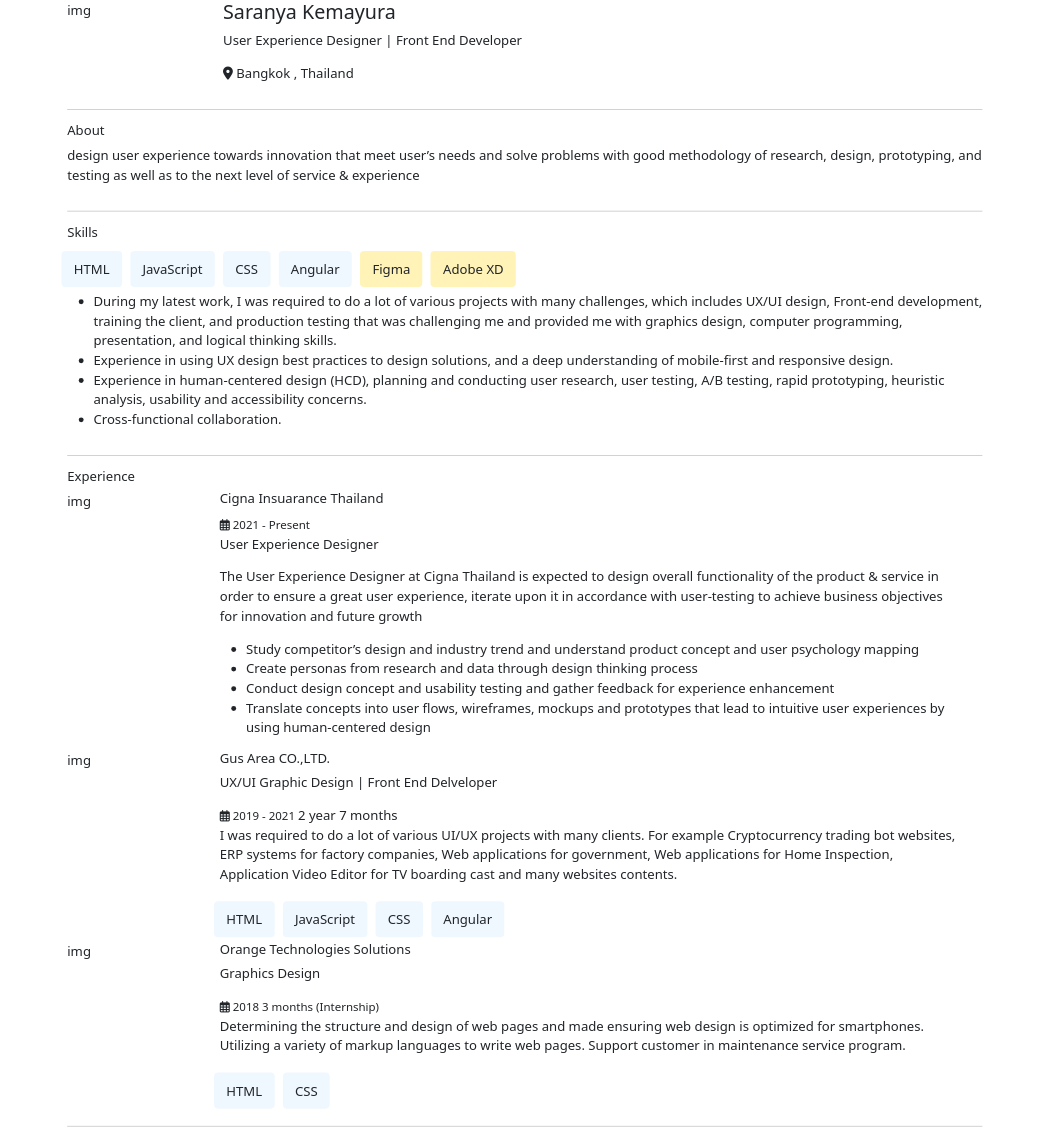
Repository: 0910th/portfolio
Page: index.html
The author's editor kept a copy of each file at every save. The page is drawn from the files as they stood at one save, then again after the next save.
The browser window is 1280 px wide. The pictures show the whole page, at 82% of full size.

Above is the page before, as saved 2022-12-12 12:35:37.

### index.html
<!doctype html>
<html lang="en">

<head>
    <meta charset="utf-8">
    <meta name="viewport" content="width=device-width, initial-scale=1">
    <title>Saranya Portfolio</title>

    <link href="./css/bootstrap.min.css" rel="stylesheet" crossorigin="anonymous">
    <link href="./css/mystyle.css" rel="stylesheet" crossorigin="anonymous">
    <!--font awesome -->
    <link rel="stylesheet" href="./fontawesome/css/all.css" type="text/css">
    <link rel="stylesheet" href="./fontawesome/css/fontawesome.css">
    <link rel="stylesheet" href="./fontawesome/css/brands.css">
    <link rel="stylesheet" href="./fontawesome/css/solid.css">
</head>

<body>

    <div class="container-md">
        <!-- Content here -->
        <!-- section01 Name  -->
        <div class="row justify-content-start">
            <div class="col-2 text-right">
                img
            </div>
            <div class="col-10">
                <h4>Saranya Kemayura</h4>
                <p>User Experience Designer | Front End Developer</p>
                <p><i class="fa-solid fa-location-dot"></i> Bangkok , Thailand </p>
            </div>

        </div>
        <hr>
        <div class="row">

            <h6>About</h6>
            <p>design user experience towards innovation that meet user’s needs and solve problems with good methodology of
                research,
                design, prototyping, and testing as well as to the next level of service & experience</p>
        </div>
        <hr>
        <div class="row">
            <h6>Skills</h6>
            <div class="badge-text code">HTML</div>
            <div class="badge-text code">JavaScript</div>
            <div class="badge-text code">CSS</div>
            <div class="badge-text code">Angular</div>
            <div class="badge-text design">Figma</div>
            <div class="badge-text design">Adobe XD</div>
            <div class="text-list">
                <ul>
                    <li> During my latest work, I was required to do a lot of various projects with many challenges, which includes UX/UI design,
                    Front-end development, training the client, and production testing that was challenging me and provided me with graphics
                    design, computer programming, presentation, and logical thinking skills.</li>
                    <li> Experience in using UX design best practices to design solutions, and a deep understanding of mobile-first and
                    responsive design.</li>
                    <li> Experience in human-centered design (HCD), planning and conducting user research, user testing, A/B testing, rapid
                    prototyping, heuristic analysis, usability and accessibility concerns.</li>
                    <li> Cross-functional collaboration.</li>
                </ul>
            </div>
        </div>
        <hr>
        <div class="row">

            <h6>Experience</h6>
            <div class="row">
                <div class="col-2 ">
                    img
                </div>
                <div class="col-10">
                    <h6> Cigna Insuarance Thailand </h6>
                    <small class="text-grey"> <i class="fa-regular fa-calendar-days"></i> 2021 - Present</small>
                    <p> User Experience Designer </p>
                    <p> The User Experience Designer at Cigna Thailand is expected to design overall functionality of the product & service in
                    order to ensure a great user experience, iterate upon it in accordance with user-testing to achieve business objectives
                    for innovation and future growth </p>
                        <ul>
                            <li>Study competitor’s design and industry trend and understand product concept and user psychology mapping</li>
                            <li>Create personas from research and data through design thinking process</li>
                            <li>Conduct design concept and usability testing and gather feedback for experience enhancement</li>
                            <li>Translate concepts into user flows, wireframes, mockups and prototypes that lead to intuitive user experiences by
                            using human-centered design</li>
                        </ul>
                </div>

            </div>
            <div class="row">
                <div class="col-2 ">
                    img
                </div>
                <div class="col-10">
                    <h6> Gus Area CO.,LTD.   </h6>
                    <p> UX/UI Graphic Design | Front End Delveloper </p>
                    <small class="text-grey"> <i class="fa-regular fa-calendar-days"></i> 2019 - 2021 </small> 2 year 7 months
                    <p> I was required to do a lot of various UI/UX projects with many clients. For example Cryptocurrency trading bot websites,
                    ERP systems for factory companies, Web applications for government, Web applications for Home Inspection, Application
                    Video Editor for TV boarding cast and many websites contents.  </p>
                    <div class="row">
                        <div class="badge-text code">HTML</div>
                        <div class="badge-text code">JavaScript</div>
                        <div class="badge-text code">CSS</div>
                        <div class="badge-text code">Angular</div>
                    </div>


                </div>

            </div>
            <div class="row">
                <div class="col-2 ">
                    img
                </div>
                <div class="col-10">
                    <h6> Orange Technologies Solutions  </h6>
                    <p> Graphics Design </p>
                    <small class="text-grey"> <i class="fa-regular fa-calendar-days"></i> 2018 3 months (Internship) </small>
                    <p> Determining the structure and design of web pages and made
                        ensuring web design is optimized for smartphones. Utilizing a variety of
                        markup languages to write web pages. Support customer in maintenance
                        service program. </p>
                    <div class="row">
                        <div class="row">
                            <div class="badge-text code">HTML</div>
                            <div class="badge-text code">CSS</div>

                        </div>
                    </div>
                </div>

            </div>
        </div>
        <hr>

    </div>




    <!-- script -->
    <script src="https://cdn.jsdelivr.net/npm/@popperjs/core@2.11.6/dist/umd/popper.min.js"
        integrity="sha384-oBqDVmMz9ATKxIep9tiCxS/Z9fNfEXiDAYTujMAeBAsjFuCZSmKbSSUnQlmh/jp3"
        crossorigin="anonymous"></script>
    <script src="https://cdn.jsdelivr.net/npm/bootstrap@5.2.3/dist/js/bootstrap.min.js"
        integrity="sha384-cuYeSxntonz0PPNlHhBs68uyIAVpIIOZZ5JqeqvYYIcEL727kskC66kF92t6Xl2V"
        crossorigin="anonymous"></script>
</body>

</html>

### css/mystyle.css
.badge-text {
    padding: 10px 15px;
    margin: 5px 5px;
    border-radius: 5px;
    width: max-content;

}
.badge-text.code {
    background-color: #f0f8ff;
}
.badge-text.design {
    background-color: #fff3b7;
}
.text-list ul li {
    /* list-style: none; */
}

Loaded but not shown: css/bootstrap.min.css (library); fontawesome/css/all.css (library); fontawesome/css/fontawesome.css (library); fontawesome/css/solid.css (common file); fontawesome/css/brands.css (1432 lines, source omitted)

After the next save:
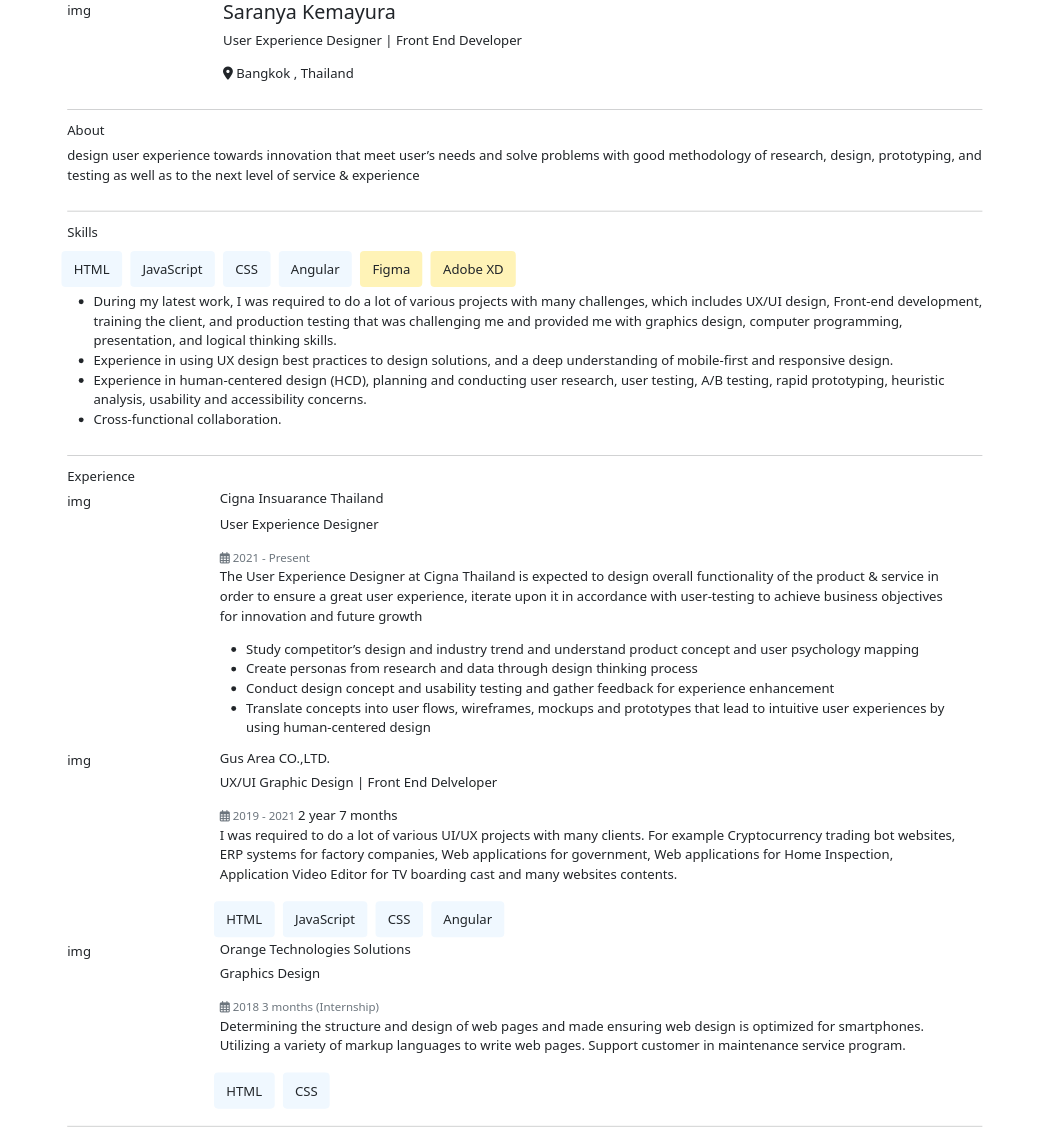
Saved 51 s later.
--- a/index.html
+++ b/index.html
@@ -71,8 +71,9 @@
                 </div>
                 <div class="col-10">
                     <h6> Cigna Insuarance Thailand </h6>
-                    <small class="text-grey"> <i class="fa-regular fa-calendar-days"></i> 2021 - Present</small>
+
                     <p> User Experience Designer </p>
+                    <small class="text-muted"> <i class="fa-regular fa-calendar-days"></i> 2021 - Present</small>
                     <p> The User Experience Designer at Cigna Thailand is expected to design overall functionality of the product & service in
                     order to ensure a great user experience, iterate upon it in accordance with user-testing to achieve business objectives
                     for innovation and future growth </p>
@@ -93,7 +94,7 @@
                 <div class="col-10">
                     <h6> Gus Area CO.,LTD.   </h6>
                     <p> UX/UI Graphic Design | Front End Delveloper </p>
-                    <small class="text-grey"> <i class="fa-regular fa-calendar-days"></i> 2019 - 2021 </small> 2 year 7 months
+                    <small class="text-muted"> <i class="fa-regular fa-calendar-days"></i> 2019 - 2021 </small> 2 year 7 months
                     <p> I was required to do a lot of various UI/UX projects with many clients. For example Cryptocurrency trading bot websites,
                     ERP systems for factory companies, Web applications for government, Web applications for Home Inspection, Application
                     Video Editor for TV boarding cast and many websites contents.  </p>
@@ -115,7 +116,7 @@
                 <div class="col-10">
                     <h6> Orange Technologies Solutions  </h6>
                     <p> Graphics Design </p>
-                    <small class="text-grey"> <i class="fa-regular fa-calendar-days"></i> 2018 3 months (Internship) </small>
+                    <small class="text-muted"> <i class="fa-regular fa-calendar-days"></i> 2018 3 months (Internship) </small>
                     <p> Determining the structure and design of web pages and made
                         ensuring web design is optimized for smartphones. Utilizing a variety of
                         markup languages to write web pages. Support customer in maintenance
